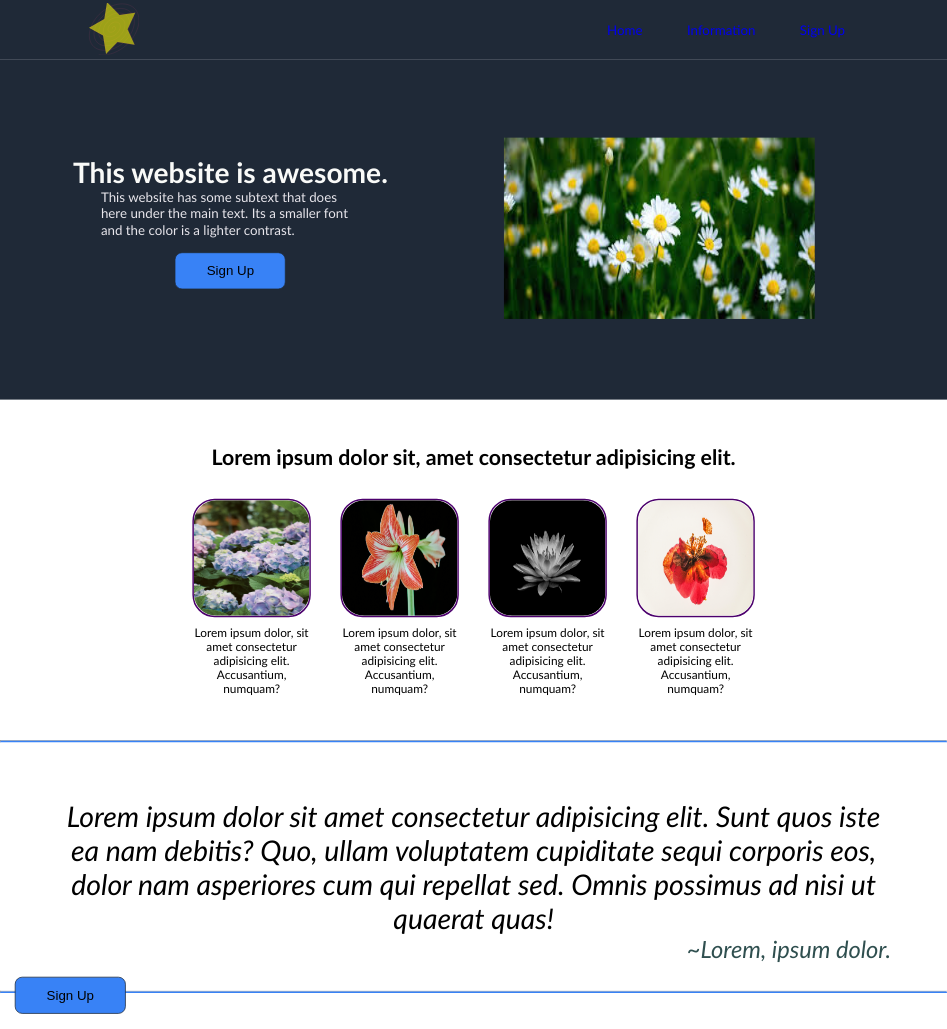
Repository: CassieHardluck/Landing-Page
Page: index.html
These files come from the project's save history. The page is drawn as it stood at one moment and after the next save; the edit follows.
The browser window is 1280 px wide. The pictures show the whole page, at 74% of full size.

Above is the page before, as saved 2024-06-02 02:33:53.

### index.html
<!DOCTYPE html>
  <html lang="en">
    <head>
      <meta charset="UTF-8">
      <meta name="viewport" content="width=device-width, initial-scale=1.0">
      <title>Landing Page - theodinproject</title>
      <link rel="stylesheet" href="styles.css">
    </head>
    <body>

      <!-- header -->
      <header id="head">

        <!-- logo -->
        <div class="img-div">
          <img class="logo-img" src="./images/star-logo.svg" alt="logo">
        </div>

        <!-- spacer to help my flex items fall into place right -->
        <div class="head-spacer"></div>

        <!-- navigation -->
        <nav class="navbar">
          <ul class="nav-list">
            <li class="nav-item">
              <a class="nav-link" href="#hero">
                Home
              </a>
            </li>
            <li class="nav-item">
              <a class="nav-link" href="#info">
                Information
              </a>
            </li>
            <li class="nav-item">
              <a class="nav-link" href="#contact">
                Sign Up
              </a>
            </li>
          </ul>
        </nav>

      </header>

      <!-- main  -->
      <main class="main">

        <!-- hero section -->
        <section id="hero">
          <div class="hero-text">
            <h1 class="main-text">This website is awesome.</h1>
            <p class="secondary-text">This website has some subtext that does here under the main text. Its a smaller font and the color is a lighter contrast.</p>
            <button class="sign-up">Sign Up</button>
          </div>
          <div class="hero-img-div">
            <img class="hero-img" src="images/flowers-2.jpeg" alt="eye monster">
          </div>
        </section>

        <!-- information section -->
        <section id="info">
          <p class="info-text">Lorem ipsum dolor sit, amet consectetur adipisicing elit.</p>
          <div class="flex-container">
            <div class="info-img-div">
              <img class="info-img" src="./images/with-clouds.jpg" alt="">
              <p class="info-img-text">Lorem ipsum dolor, sit amet consectetur adipisicing elit. Accusantium, numquam?</p>
            </div>
            <div class="info-img-div">
              <img class="info-img" src="./images/suki-lee.jpg" alt="">
              <p class="info-img-text">Lorem ipsum dolor, sit amet consectetur adipisicing elit. Accusantium, numquam?</p>
            </div>
            <div class="info-img-div">
              <img class="info-img" src="./images/wildshots.jpg" alt="">
              <p class="info-img-text">Lorem ipsum dolor, sit amet consectetur adipisicing elit. Accusantium, numquam?</p>
            </div>
            <div class="info-img-div">
              <img class="info-img" src="./images/red-flower.jpg" alt="">
              <p class="info-img-text">Lorem ipsum dolor, sit amet consectetur adipisicing elit. Accusantium, numquam?</p>
            </div>
          </div>
        </section>
        <section id="quote">
          <hr>
          <blockquote class="quote-text">Lorem ipsum dolor sit amet consectetur adipisicing elit. Sunt quos iste ea nam debitis? Quo, ullam voluptatem cupiditate sequi corporis eos, dolor nam asperiores cum qui repellat sed. Omnis possimus ad nisi ut quaerat quas! <br> <span class="quote-author">~Lorem, ipsum dolor.</span></blockquote>
          <hr>
        </section>
        <section id="contact">
          <div class="info">
            <p></p>
          </div>
          <div class="button">
            <button class="sign-up">Sign Up</button>
          </div>
        </section>
      </main>
      <footer id="foot">

      </footer>
    </body>
  </html>

### styles.css
:root {
  /* hero & footer */
  --background-color: #1f2937;
  /* main text color */
  --main-color: #f9faf8;
  /* secondary text color & header link */
  --second-color: #e7e5eb;
  /* button background color */
  --button-color: #3882f6;
  --info-color: #1f2937;


}

* {
  margin: 0;
  padding: 0;
  box-sizing: border-box;
}

html {
  font-family:'Trebuchet MS', 'Lucida Sans Unicode', 'Lucida Grande', 'Lucida Sans', Arial, sans-serif;
  font-size: 16px;
}


button {
  margin: 20px;
  width: 150px;
  height: 50px;
  border-radius: 10px;
  font-size: 18px;
  border: 1px solid var(--info-color);
  background-color: var(--button-color);
}

hr {
  border-bottom: 2px solid var(--button-color);
}


#head {
  display: flex;
  justify-content: space-around;
  background-color: var(--background-color);
  align-items: center;
  height: 75px;
  padding: 40px;
}

#hero {
  padding: 60px;
  background-color: var(--background-color);
  display: flex;
  height: 460px;
  justify-content: space-around;
  align-items: center;
}

#info {
  padding: 20px;
  height: 460px;
}

.logo-img {
  width: 70px;
  height: 70px;
}

.head-spacer {
  width: 300px;
}

.nav-list {
  gap: 20px;
  display: flex;
  justify-content: space-between;
}

.nav-item {
  padding: 0 10px;
  list-style-type: none;
}

.nav-link {
  padding: 0 10px;
  font-size: 18px;
  text-decoration: none;
}

.hero-text {
  display: flex;
  flex-direction: column;
  justify-content: center;
  align-items: center;
  padding: 20px;
  /* border: 2px dashed darkred; */
}
.main-text {
  color: var(--main-color);
  font-size: 38px;
  padding: auto o;
  /* margin: 10px; */
}

.secondary-text {
  width: 350px;
  /* padding: 15px 30px;
  margin: 10px 20px; */
  font-size: 18px;
  color: var(--second-color);
}

.hero-img-div {
  /* border: 2px dashed darkred; */
  padding: 20px;
}

.hero-img {
  margin: 40px;
  padding: 40px;
  width: 500px;
  height: 325px;
}

.info-text {
  text-align: center;
  font-size: 1.8rem;
  font-weight: bold;
  padding: 20px;
  margin-top: 20px;
}

.flex-container {
  display: flex;
  justify-content: center;
  align-items: center;
}

.info-img-div {
  width: 160px;
  height: 160px;
  border-radius: 30px;
  border: 2px solid #4c006d;
  margin: 20px;
}

.info-img {
  border-radius: 30px;
  width: 100%;
  height: 100%;
}

.info-img-text {
  padding: 10px 0;
  text-align: center;
}

#quote {
  height: 300px;
}

.quote-text {
  margin: 38px;
  padding: 38px;
  font-weight: 200;
  font-size: 2.4rem;
  text-align: center;
  font-style: italic;
}

.quote-author {
  color: darkslategray;
  float: right;
  font-size: smaller;
  margin-left: 20px;
  text-align: right;
}



/* #contact {

} */

/* #foot {

} */

After the next save:
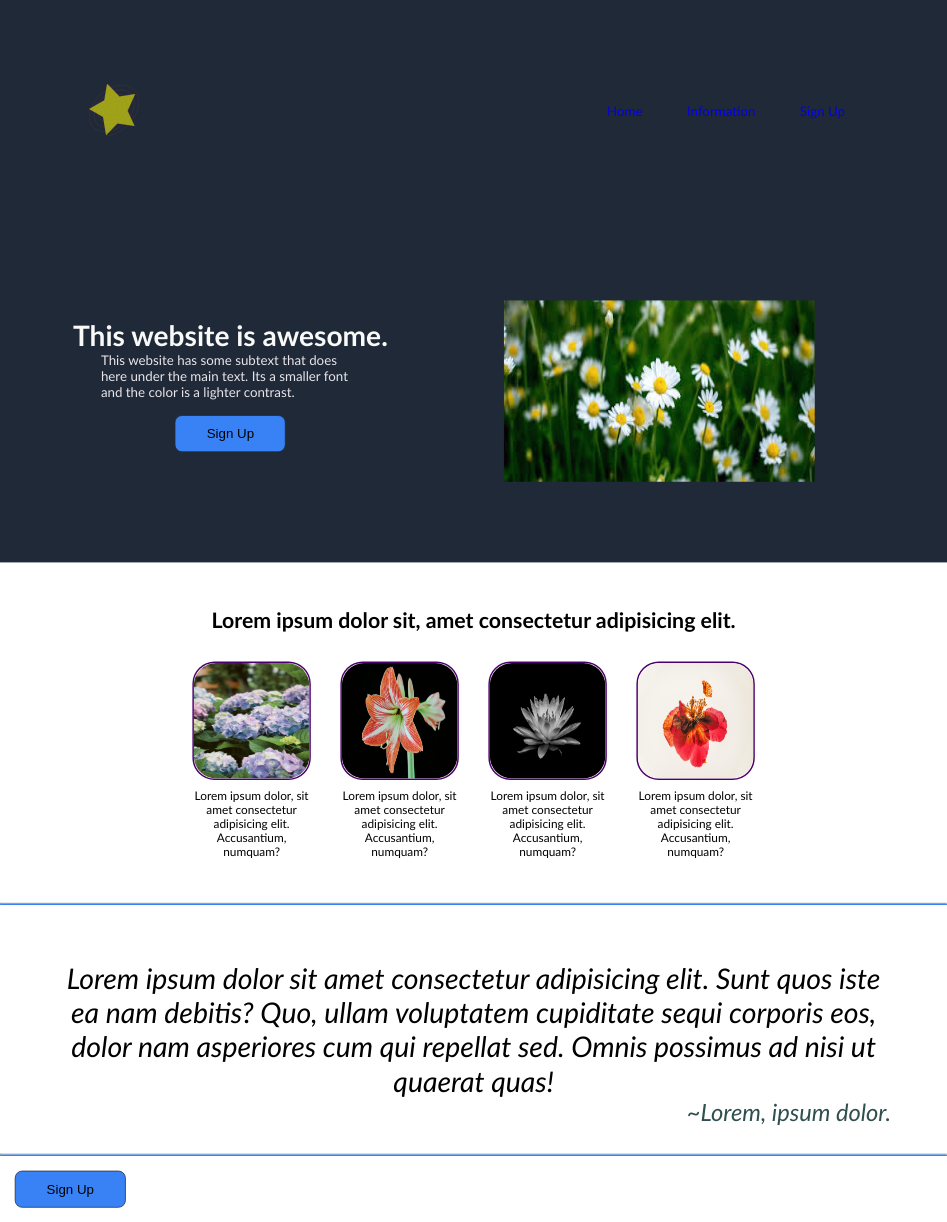
Saved 3 min 50 s later.
--- a/styles.css
+++ b/styles.css
@@ -46,6 +46,7 @@
   align-items: center;
   height: 75px;
   padding: 40px;
+  height: 300px;
 }
 
 #hero {
@@ -61,6 +62,10 @@
   padding: 20px;
   height: 460px;
 }
+
+/* #quote { */
+/*    */
+/* } */
 
 .logo-img {
   width: 70px;
@@ -94,13 +99,12 @@
   justify-content: center;
   align-items: center;
   padding: 20px;
-  /* border: 2px dashed darkred; */
 }
+
 .main-text {
   color: var(--main-color);
   font-size: 38px;
-  padding: auto o;
-  /* margin: 10px; */
+  padding: auto 0;
 }
 
 .secondary-text {
@@ -112,7 +116,6 @@
 }
 
 .hero-img-div {
-  /* border: 2px dashed darkred; */
   padding: 20px;
 }
 
@@ -156,9 +159,6 @@
   text-align: center;
 }
 
-#quote {
-  height: 300px;
-}
 
 .quote-text {
   margin: 38px;

After the 2 saves that followed:
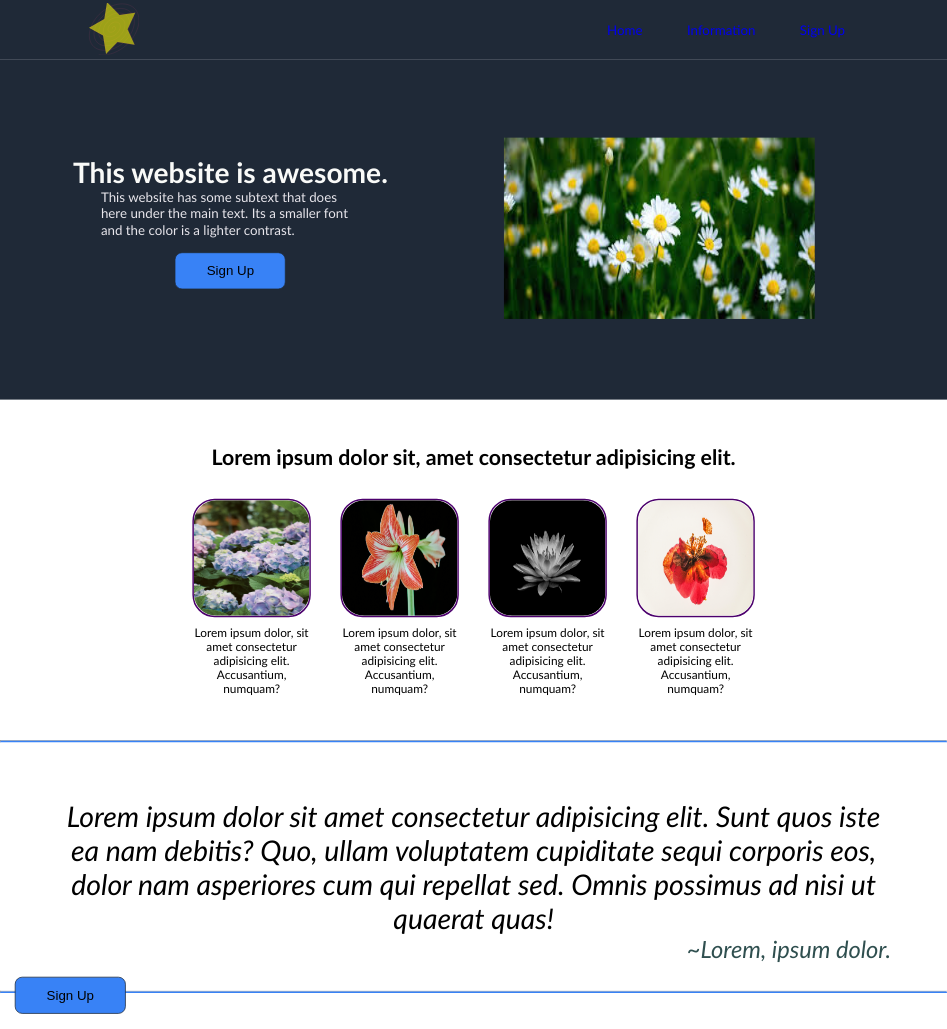
The 2 saves are shown as one change because they came seconds apart.
The last was saved 25 s later.
--- a/styles.css
+++ b/styles.css
@@ -46,7 +46,6 @@
   align-items: center;
   height: 75px;
   padding: 40px;
-  height: 300px;
 }
 
 #hero {
@@ -63,9 +62,9 @@
   height: 460px;
 }
 
-/* #quote { */
-/*    */
-/* } */
+#quote {
+  height: 300px;
+  }
 
 .logo-img {
   width: 70px;
